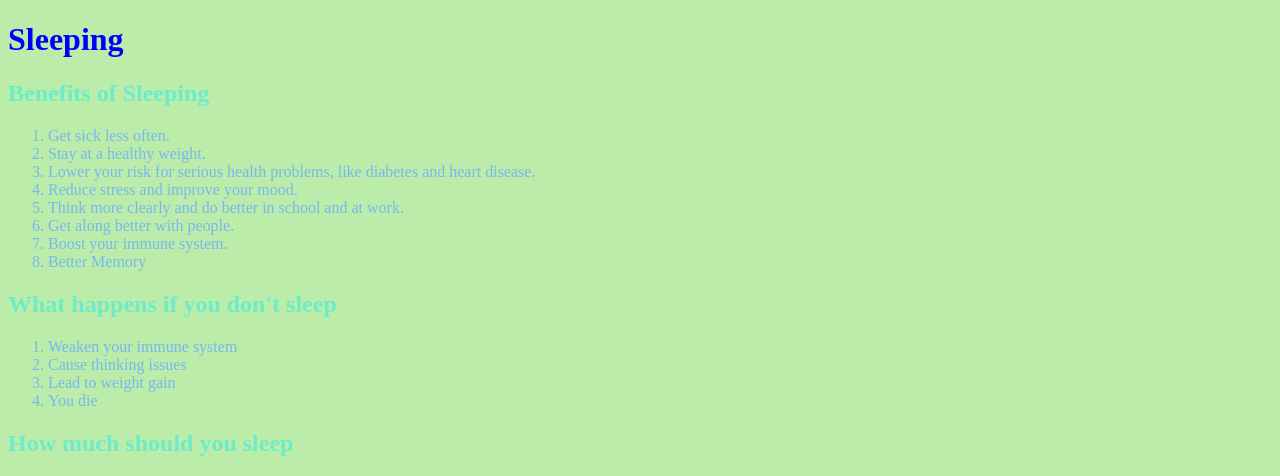
Repository: Darrenyyds/class1
Page: Myhobbies.html
The author's editor kept a copy of each file at every save. The page is drawn from the files as they stood at one save, then again after the next save.
The browser window is 1280 px wide. The pictures show the part of the page from y = 0 to 476 px (the page is 1126 px tall).
Pictures or frames that could not be fetched are drawn as grey boxes.

Above is the page before, as saved 2023-02-04 15:12:58.

After the next save:
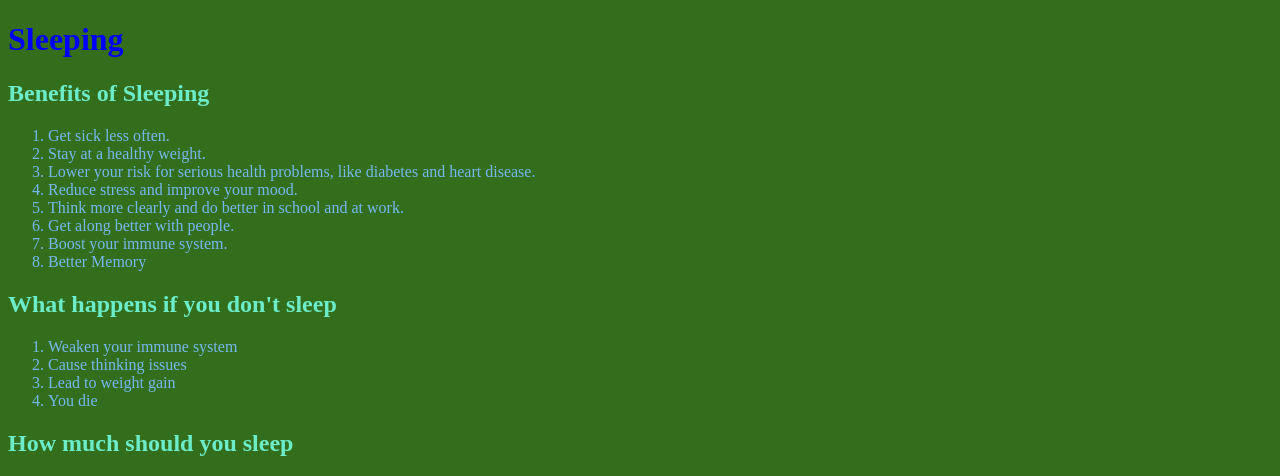
Saved 11 s later.
--- a/Myhobbies.css
+++ b/Myhobbies.css
@@ -1,5 +1,5 @@
 Body {
-  background-color: rgb(187, 236, 169);
+  background-color: rgb(50, 110, 28);
 }
 .graph {
   background-image: url(https://www.sleepdr.com/wp-content/uploads/2016/11/Sleep-Duration-Guidelines.png);
